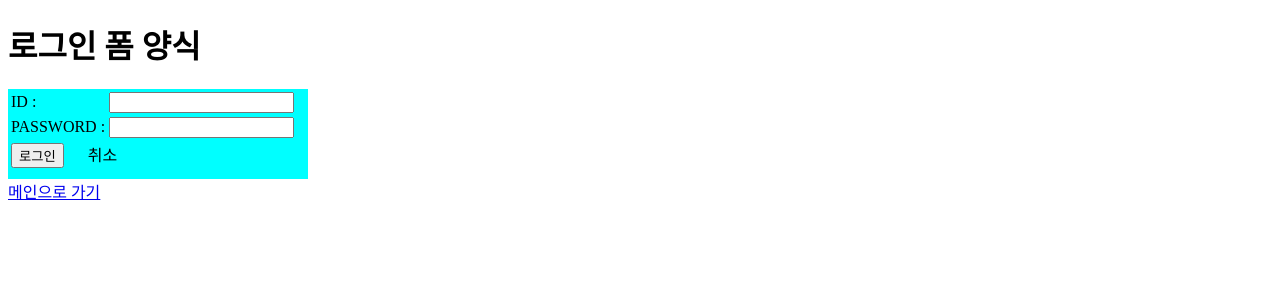
Repository: steeveelee2/WEB_Study
Page: webWorkspace/servlet1Project/web/views/loginForm.html
An editor plug-in stored every save of this project. The page is shown before and after the next save, followed by the edit.
The browser window is 1280 px wide. The pictures show the whole page.

Above is the page before, as saved 2018-10-10 03:47:07.

### webWorkspace/servlet1Project/web/views/loginForm.html
<!DOCTYPE html>
<html>
<head>
<meta charset="UTF-8">
<title>로그인 폼 양식</title>
<style>
	#login{
		width:300px;
		height:90px;
		background:cyan;
	}
</style>
</head>
<body>
	<h1>로그인 폼 양식</h1>
	<div id="login">
		<form action="/sp1/test2.do">
			<table>
				<tr>
					<td>ID : </td>
					<td><input type="text" name="userid"/></td>
				</tr>
				<tr>
					<td>PASSWORD : </td>
					<td><input type="password" name="userpwd"/></td>
				</tr>
				<tr>
					<td colspan="2">
						<button type="submit">로그인</button>
						&nbsp;&nbsp;&nbsp;&nbsp;
						<bytton type="reset">취소</bytton>
					</td>
				</tr>
			</table>
		</form>
	</div>
	<a href="/sp1/index.html">메인으로 가기</a>
</body>
</html>

After the next save:
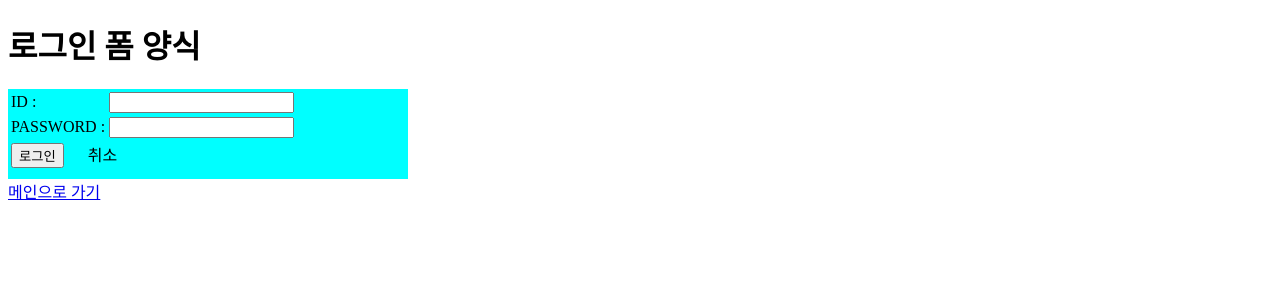
Saved 23 s later.
--- a/webWorkspace/servlet1Project/web/views/loginForm.html
+++ b/webWorkspace/servlet1Project/web/views/loginForm.html
@@ -5,7 +5,7 @@
 <title>로그인 폼 양식</title>
 <style>
 	#login{
-		width:300px;
+		width:400px;
 		height:90px;
 		background:cyan;
 	}

After the 2 saves that followed:
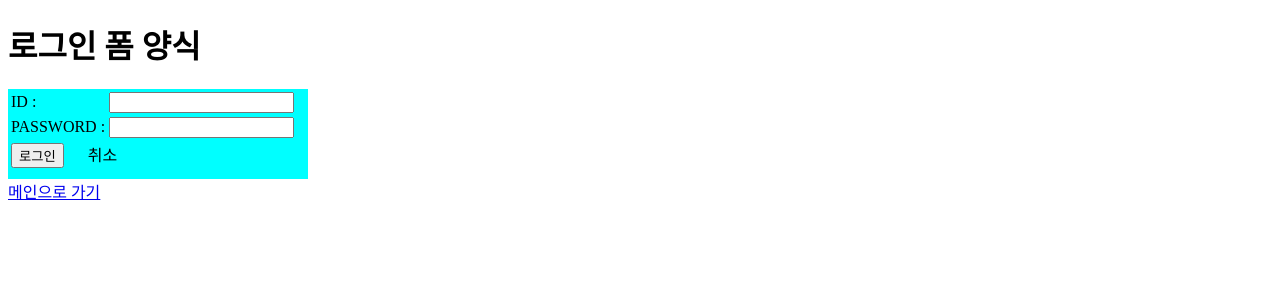
The 2 saves are shown as one change because they came seconds apart.
The last was saved 13 s later.
--- a/webWorkspace/servlet1Project/web/views/loginForm.html
+++ b/webWorkspace/servlet1Project/web/views/loginForm.html
@@ -5,7 +5,7 @@
 <title>로그인 폼 양식</title>
 <style>
 	#login{
-		width:400px;
+		width:300px;
 		height:90px;
 		background:cyan;
 	}
